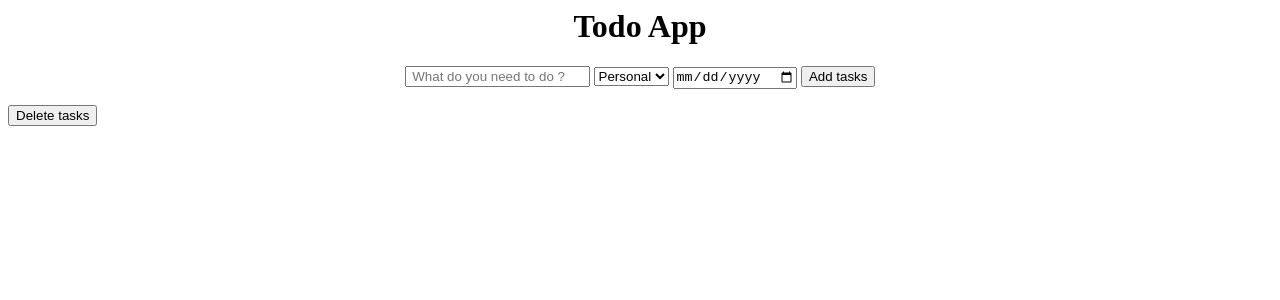
Repository: Sayan-100/Todo-List
Page: http://localhost/
An editor plug-in stored every save of this project. The page is shown before and after the next save, followed by the edit.
The browser window is 1280 px wide. The pictures show the whole page.
Some web libraries are served in a nearby version. The page is served by the project's Node server (index.js). Queries for data that is not in the repository find no rows.

Above is the page before, as saved 2021-12-28 23:49:37.
Not found: js/home.js

After the next save:
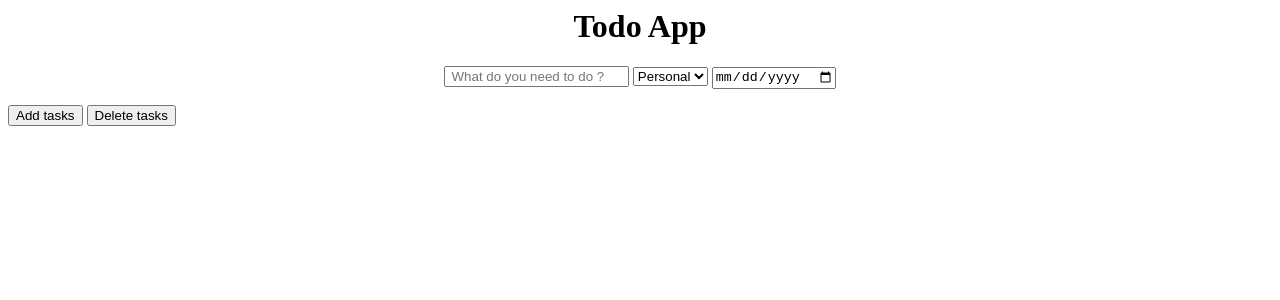
Saved 45 s later.
--- a/views/home.ejs
+++ b/views/home.ejs
@@ -12,7 +12,7 @@
 
 <body>
     <h1> Todo App </h1>
-    <form action="/create_todo" method="POST">
+    <form id="create-todo" action="/create_todo" method="POST">
         <input type="text" name="Description" placeholder=" What do you need to do ?" required>
 
         <select name="Category" required>
@@ -24,9 +24,9 @@
         </select>
 
         <input type="date" id="birthday " name="DueDate" required>
-        <button type="submit">Add tasks</button>
+
     </form>
-
+    <button type="submit" from="">Add tasks</button>
     <button type="submit" form="delete-form">Delete tasks</button>
 
     <!-- form attribute is used to link the button with the form  by specifying the id -->
